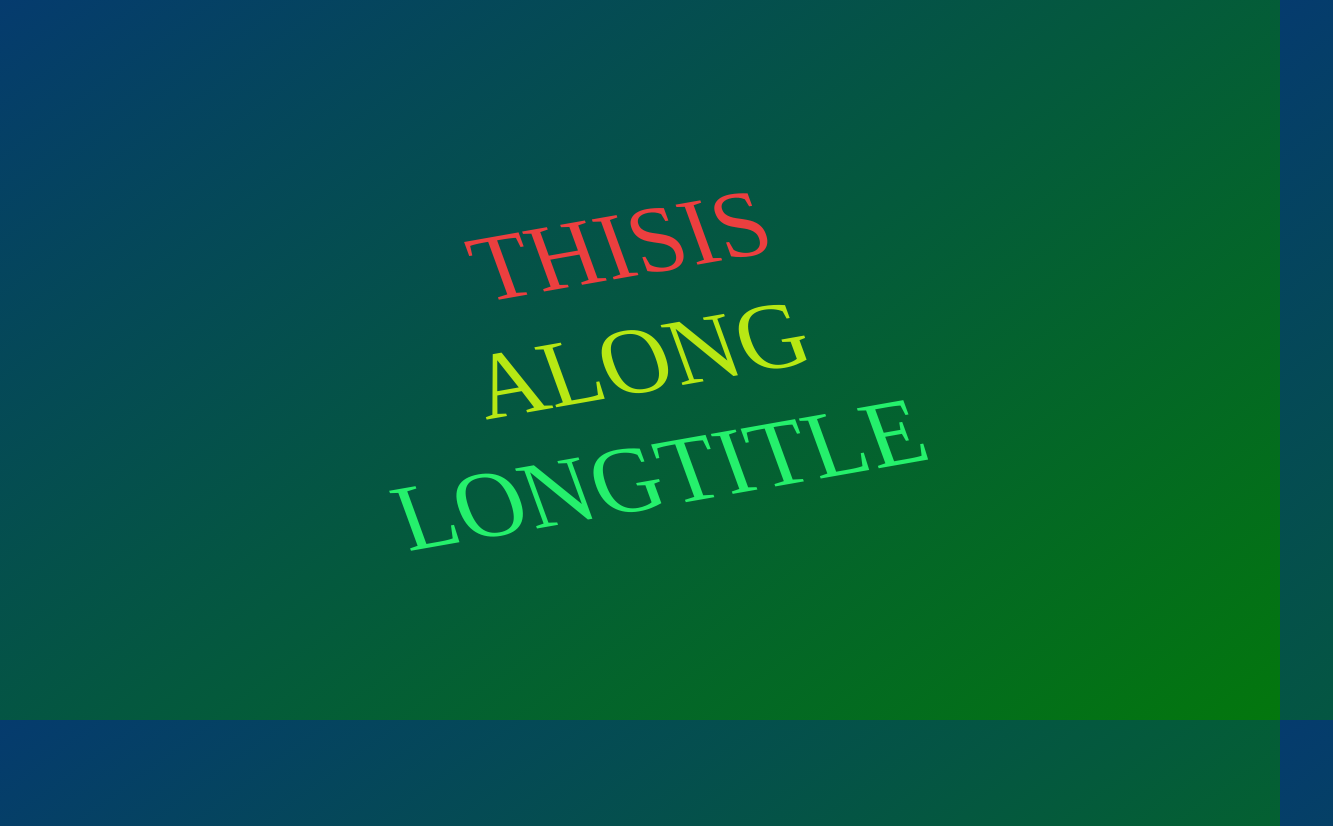
Repository: zuuo/--
Page: 文字入场动画1/index.html
An editor plug-in stored every save of this project. The page is shown before and after the next save, followed by the edit.
The browser window is 1280 px wide. The page is 1333 px wide, so the pictures cover 1333 px, including what lies to the right of the window. The pictures show the whole page.
The style sheet was rebuilt from its Sass, Less or Tailwind sources for each picture, by a compiler version that may differ from the author's.

Above is the page before, as saved 2024-03-03 21:10:45.

### 文字入场动画1/index.html
<!DOCTYPE html>
<html lang="en">

<head>
    <meta charset="UTF-8">
    <meta name="viewport" content="width=device-width, initial-scale=1.0">
    <title>文字入场动画1</title>
    <link rel="stylesheet" href="./style.css">
</head>

<body>
    <div class="title">
        <p>THIS IS</p>
        <p>A LONG</p>
        <p>LONG TITLE</p>
    </div>
</body>
<script src="index.js"></script>

</html>

### 文字入场动画1/index.js
const titleElements = document.querySelectorAll('.title p');
titleElements.forEach(element => {
    let context = element.textContent;
    let spanElements = context.split('').map(letter => `<span>${letter ? letter : '&nbsp;'}</span>`).join('');
    element.innerHTML = spanElements;
});

### 文字入场动画1/style.less
body {
    padding: 0;
    margin: 0;
    background-image: linear-gradient(-36deg, #03770d, #053b6e);
}

.title {
    width: 100vw;
    height: 100vh;
    display: flex;
    justify-content: center;
    align-items: center;
    flex-direction: column;
    font-size: 96px;
    transform: rotate(-10deg);

    p {
        line-height: 1;
        margin: 10px 0;
        display: flex;

        &:nth-child(1) {
            color: #ec3f3f;
        }

        &:nth-child(2) {
            color: #b7e814;
        }

        &:nth-child(3) {
            color: #25f06c;
        }

        span {
            transform: skew(10deg);
        }
    }
}

After the next save:
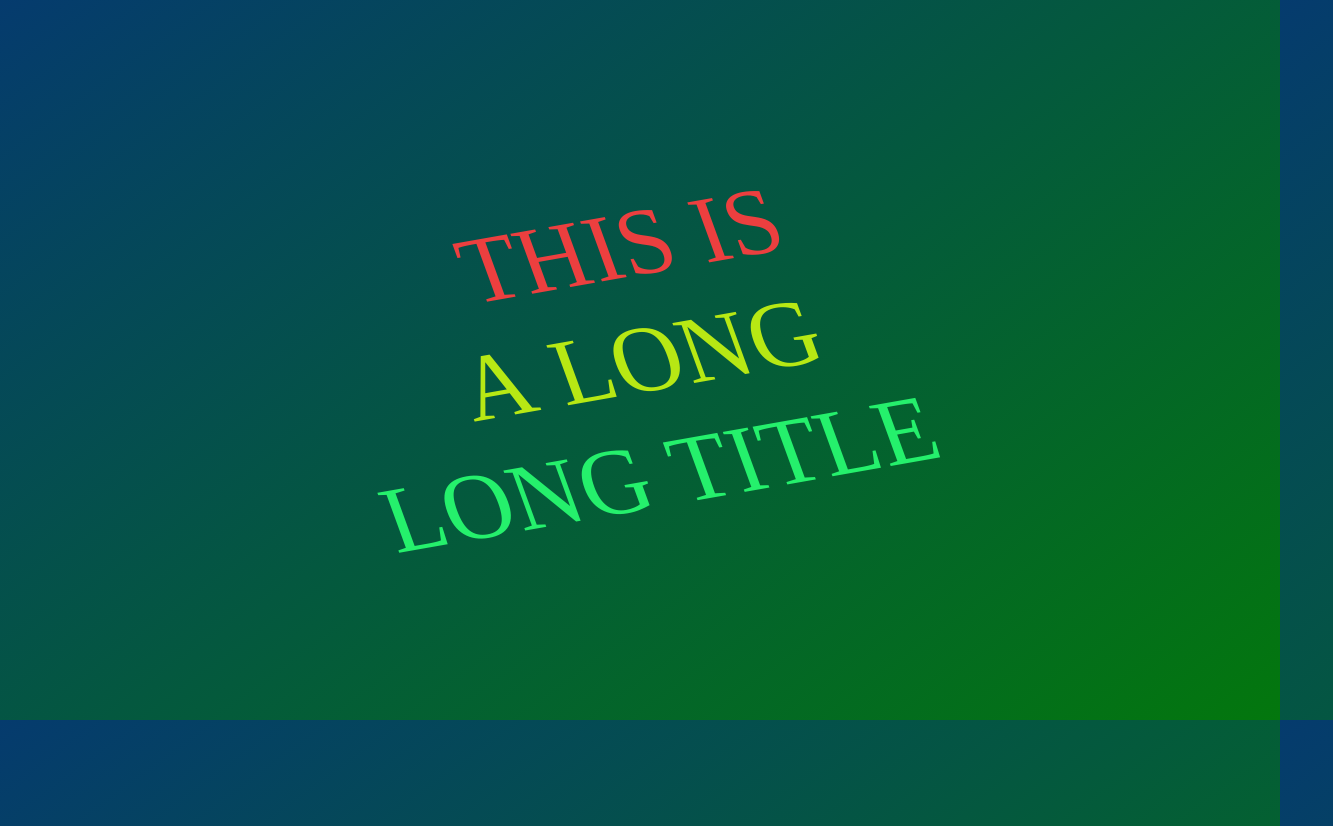
Saved 67 s later.
--- a/文字入场动画1/index.js
+++ b/文字入场动画1/index.js
@@ -1,6 +1,6 @@
 const titleElements = document.querySelectorAll('.title p');
 titleElements.forEach(element => {
     let context = element.textContent;
-    let spanElements = context.split('').map(letter => `<span>${letter ? letter : '&nbsp;'}</span>`).join('');
+    let spanElements = context.split('').map(letter => `<span>${letter.trim() ? letter : '&nbsp;'}</span>`).join('');
     element.innerHTML = spanElements;
 });
